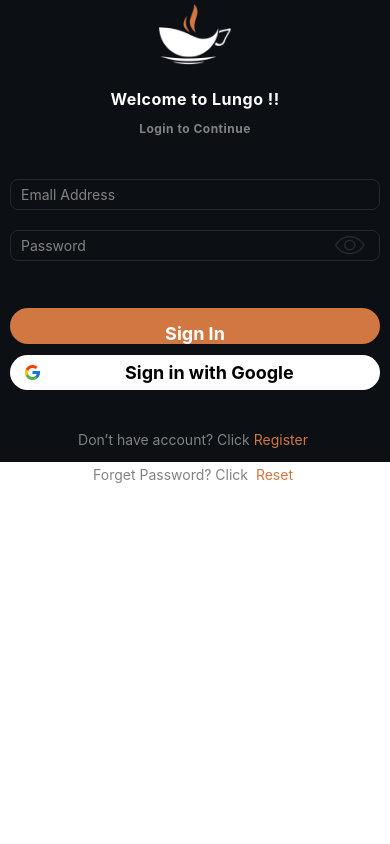
Repository: nguoilaisaochoi/App-coffe
Screen: /
The author's editor kept a copy of each file at every save. The screen is drawn from the files as they stood at one save, then again after the next save.
The app was drawn by React Native's web renderer in a window 390 px wide. The project was rebuilt for these pictures with package versions that can differ from the ones it lists, and the page was loaded fresh each time.

Above is the screen before, as saved 2024-01-12 21:04:11.

### App.tsx
import { View, Text } from 'react-native'
import React from 'react'
import Login from './src/Login'
import Register from './src/Register'
const App = () => {
  return (
    <View>
      <Login/>
    </View>
  )
}

export default App

### src/Login.js
import {
  View,
  TextInput,
  TouchableOpacity,
  StyleSheet,
  Image,
  Text,
} from 'react-native';
import React, {useState} from 'react';


const Login = () => {
  const [password, setPassword] = useState('');
  const [showPassword, setShowPassword] = useState(false);

  const toggleShowPassword = () => {
    setShowPassword(!showPassword);
  };
  return (
    <View style={mystyle.body}>
      <View style={mystyle.head}>
        <Image
          source={require('../assets/img/logo.png')}
          style={mystyle.logo}></Image>
        <Text style={mystyle.welcome}>Welcome to Lungo !!</Text>
        <Text style={mystyle.welcome2}>Login to Continue</Text>
        <TextInput
          style={mystyle.input}
          placeholder="Emall Address"
          placeholderTextColor="#828282"
        />
        <View style={mystyle.iconContainer}>
          <TextInput
            placeholderTextColor="#828282"
            secureTextEntry={!showPassword}
            value={password}
            style={mystyle.inputpass}
            placeholder="Password"
            onChangeText={setPassword}></TextInput>
          <TouchableOpacity onPress={toggleShowPassword} style={mystyle.icon}>
            <Image source={require('../assets/img/eyes.png')} />
          </TouchableOpacity>
        </View>
        <TouchableOpacity
          onPress={() => console.log('Sign In')}
          style={mystyle.button1}>
          <Text style={mystyle.buttonText}>Sign In</Text>
        </TouchableOpacity>
        <TouchableOpacity
          onPress={() => console.log('Sign In')}
          style={mystyle.button2}>
          <Image
            source={require('../assets/img/icon_google.png')}
            style={mystyle.icongg}
          />
          <Text style={mystyle.buttonText2}>Sign in with Google</Text>
        </TouchableOpacity>
        <View style={mystyle.donacc}>
          <Text style={{color: '#828282'}}>Don’t have account? Click </Text>
          <Text style={{color: '#D17842'}}>Register </Text>
        </View>
        <View style={mystyle.donacc}>
          <Text style={{color: '#828282'}}>Forget Password? Click </Text>
          <Text style={{color: '#D17842'}}> Reset </Text>
        </View>
      </View>
    </View>
  );
};

export default Login;
const mystyle = StyleSheet.create({
  body: {
    padding: 10,
    width: '100%',
    height: '100%',
    backgroundColor: '#0C0F14',
  },
  head: {
    width: '100%',
    height: '100%',
    display: 'flex',
    flexDirection: 'column',
    alignItems: 'center',
    justifyContent: 'center',
  },
  logo: {
    width: '50%',
    height: '25%',
    resizeMode: 'contain',
  },
  welcome: {
    color: '#FFF',
    fontSize: 16,
    fontWeight: '700',
    letterSpacing: 0.5,
    marginBottom: '2%',
  },
  welcome2: {
    color: '#828282',
    fontSize: 12,
    fontWeight: '700',
    lineHeight: 26,
    letterSpacing: 0.5,
    marginBottom: '10%',
  },
  input: {
    width: '100%',
    borderRadius: 8,
    borderWidth: 1,
    marginBottom: 10,
    borderColor: '#252A32',
    padding: 10,
    height: '7%',
  },
  iconContainer: {
    width: '100%',
    height: '7%',
    margin: 10,
    flexDirection: 'row',
    borderRadius: 8,
    borderWidth: 1,
    borderColor: '#252A32',
  },
  inputpass: {
    padding: 10,
  },
  inputpass: {
    width: '85%',
    padding: 10,
    color: 'white',
  },
  icon: {
    alignItems: 'flex-end',
    justifyContent: 'center',
    marginLeft: '3%',
  },
  button1: {
    width: '100%',
    height: '8%',
    borderRadius: 20,
    backgroundColor: '#D17842',
    padding: 15,
    marginTop: '10%',
    marginBottom: '3%',
    display: 'flex',
    alignItems: 'center',
  },
  buttonText: {
    color: '#FFF',
    textAlign: 'center',
    fontSize: 18,
    fontWeight: 'bold',
  },
  button2: {
    display: 'flex',
    flexDirection: 'row',
    width: '100%',
    height: '8%',
    borderRadius: 20,
    backgroundColor: 'white',
    padding: 15,
    alignItems: 'center',
    justifyContent: 'flex-start',
    marginBottom: '6%',
  },
  buttonText2: {
    color: 'black',
    textAlign: 'center',
    fontSize: 18,
    fontWeight: 'bold',
    marginLeft: '25%',
  },
  donacc: {
    display: 'flex',
    flexDirection: 'row',
    justifyContent: 'center',
    alignItems: 'center',
    marginTop: '5%',
  },
});

After the next save:
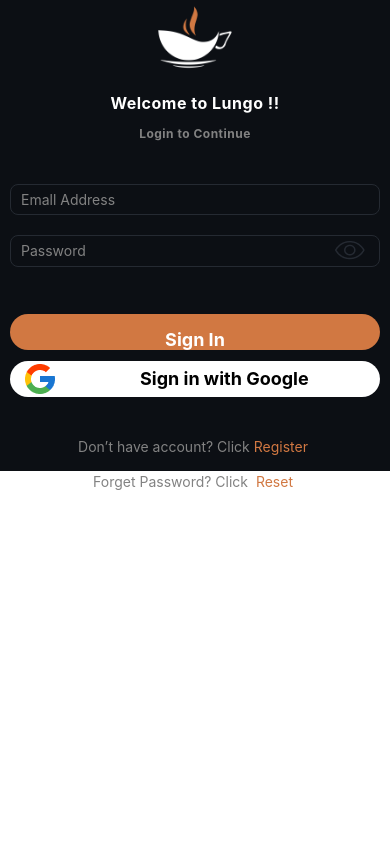
Saved 61 s later.
--- a/src/Login.js
+++ b/src/Login.js
@@ -50,7 +50,7 @@
           onPress={() => console.log('Sign In')}
           style={mystyle.button2}>
           <Image
-            source={require('../assets/img/icon_google.png')}
+            source={require('../assets/img/google.png')}
             style={mystyle.icongg}
           />
           <Text style={mystyle.buttonText2}>Sign in with Google</Text>
